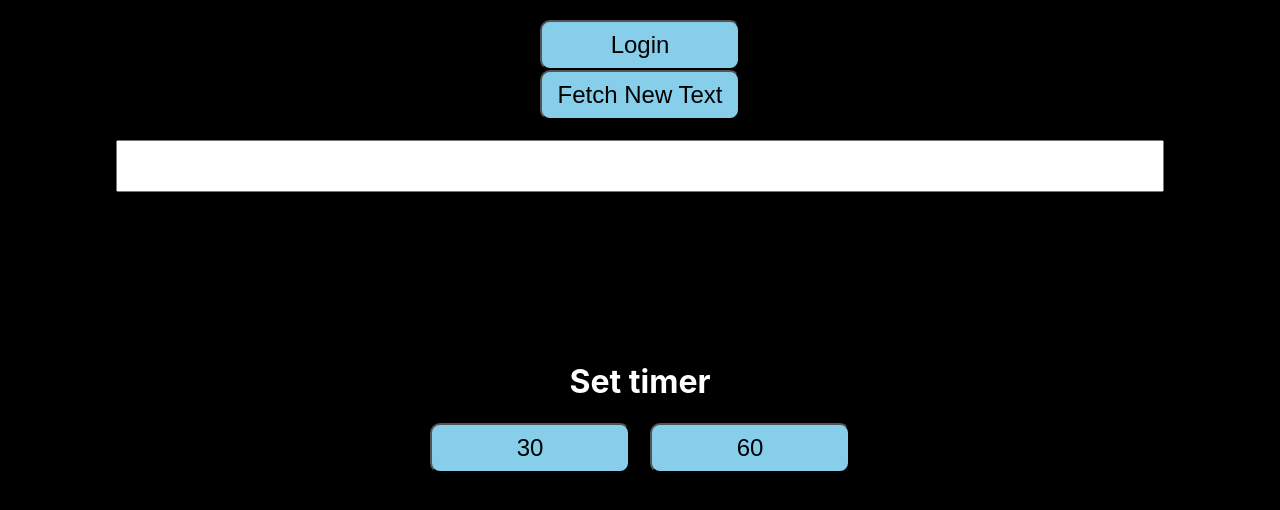
Repository: abhaysharma20233009/swiftKey
Page: / (app in frontend/my-app/)
These files come from the project's save history. The page is drawn as it stood at one moment and after the next save; the edit follows.
The browser window is 1280 px wide. The pictures show the whole page.
The page's requests for data from a server got no answer. The project was rebuilt for these pictures with package versions that can differ from the ones it lists, and the page was loaded fresh each time. No one was signed in, and anything a server would have sent is missing. Also part of the build but not shown: frontend/my-app/src/Results.js, frontend/my-app/src/Login.js.

Above is the page before, as saved 2024-10-10 15:14:37.

After the next save:
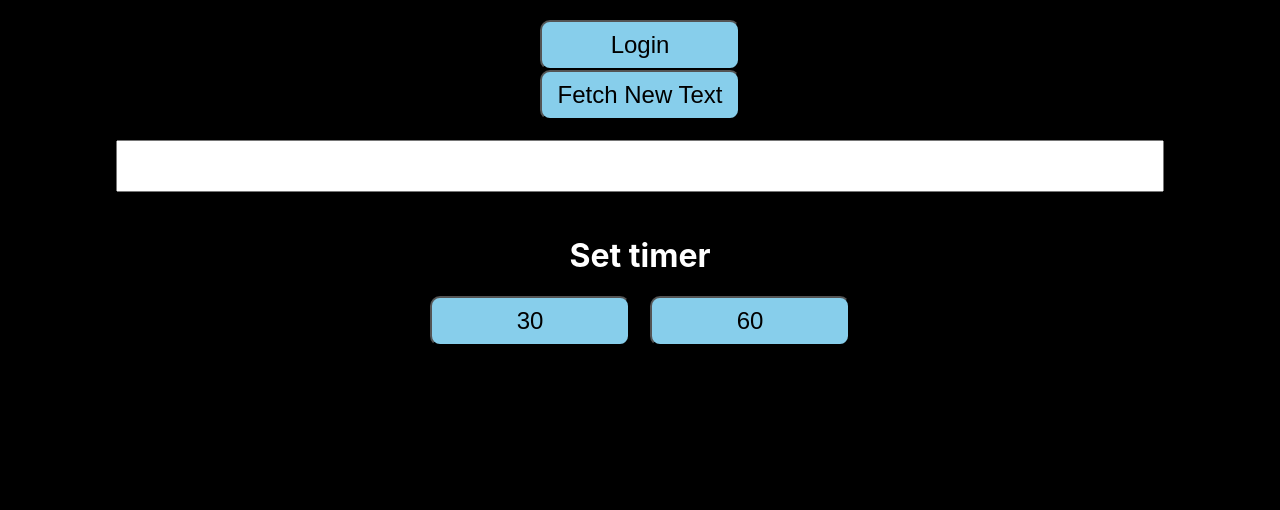
Saved 98 s later.
--- a/frontend/my-app/src/Swifts.js
+++ b/frontend/my-app/src/Swifts.js
@@ -79,9 +79,9 @@ function Swifts() {
                 }}
                 placeholder={currentWord.slice(inputValue.length)}
             />
-            <div className="para" style={{ fontSize: '24px', marginTop: '100px' }}>
+            <div className="para" style={{ fontSize: '24px', marginTop: '10px' }}>
                 {words.map((word, index) => (
-                    <span
+                    <p
                         key={index}
                         style={{
                             padding: '0 5px',
@@ -90,7 +90,7 @@ function Swifts() {
                         }}
                     >
                         {word}
-                    </span>
+                    </p>
                 ))}
             </div>
 
